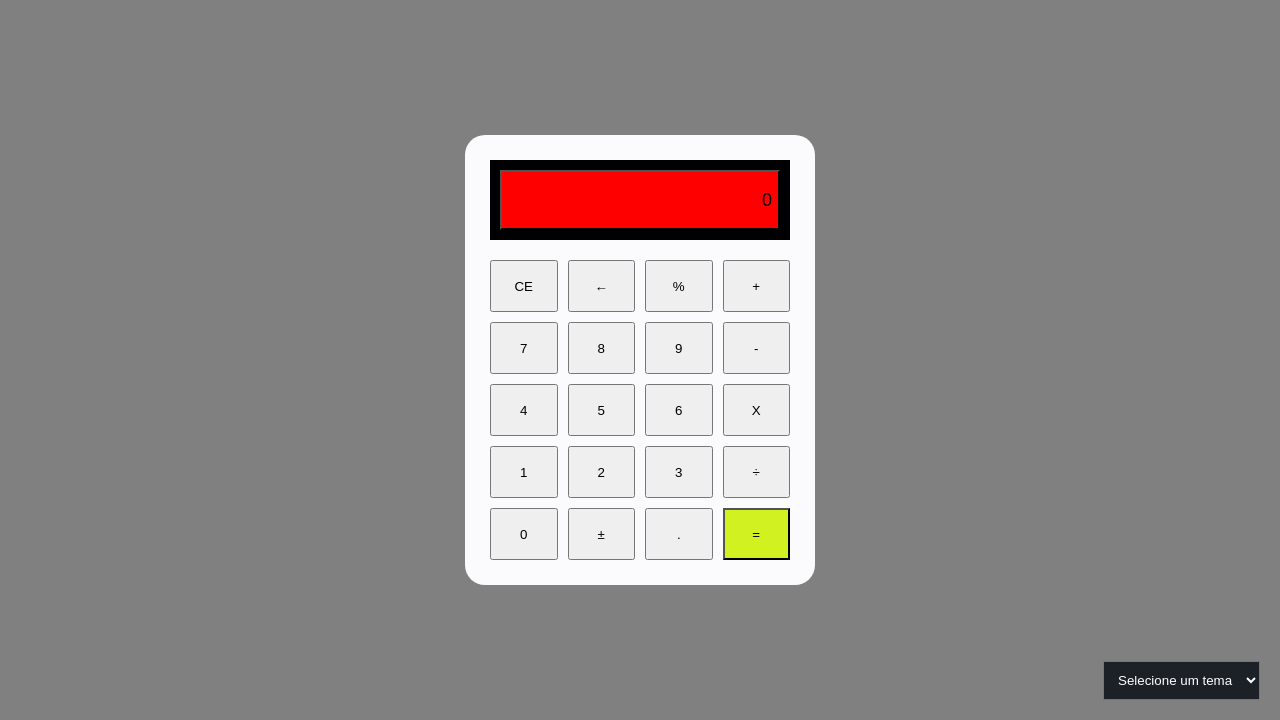
Repository: thislucasme/changing-theme-color-html-css-js
Page: index.html
These files come from the project's save history. The page is drawn as it stood at one moment and after the next save; the edit follows.
The browser window is 1280 px wide. The pictures show the whole page.

Above is the page before, as saved 2022-06-29 16:25:13.

After the next save:
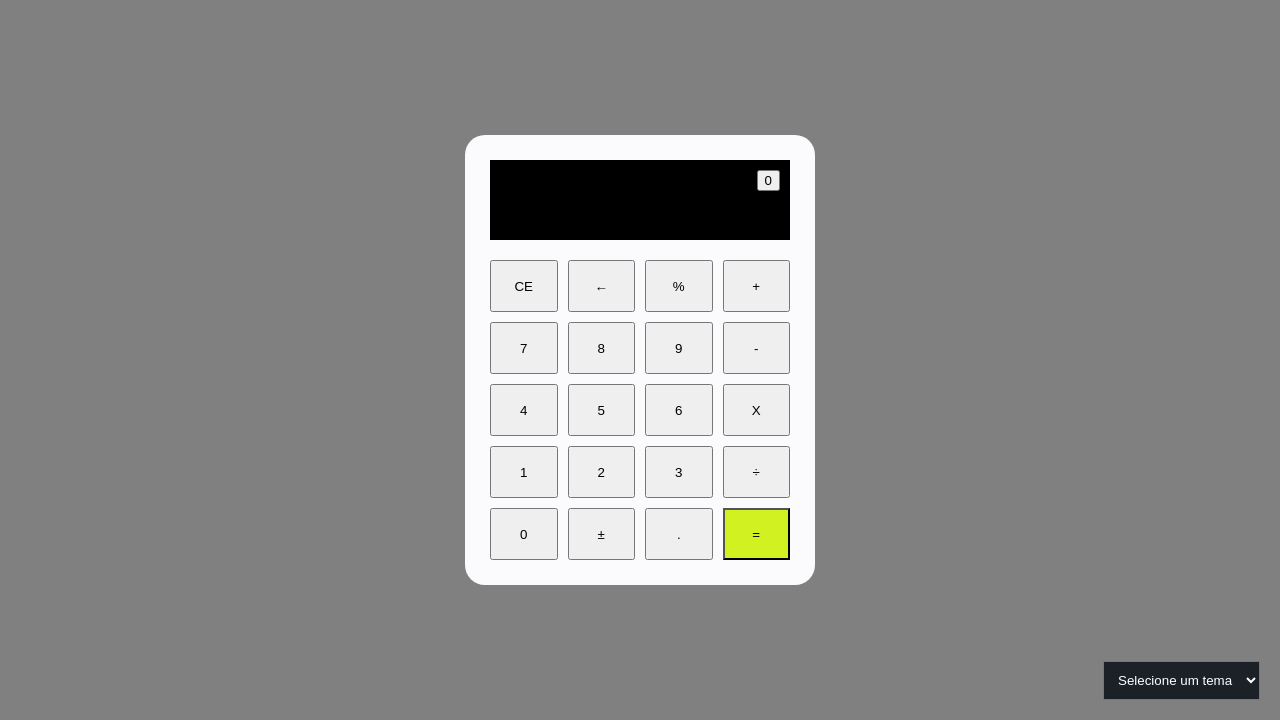
Saved 52 s later.
--- a/index.html
+++ b/index.html
@@ -14,7 +14,7 @@
         <div class="painel" >
             <div class="operacao" ></div>
             <div class="resultado"></div>
-            <button id="resultado" style="background-color: red; height: 60px; width: 100%; text-align:right ; font-size: 18px;" name="resultado">0</button>
+            <button id="resultado"  name="resultado">0</button>
         </div>
 
         <div class="botoes">

After the save that followed:
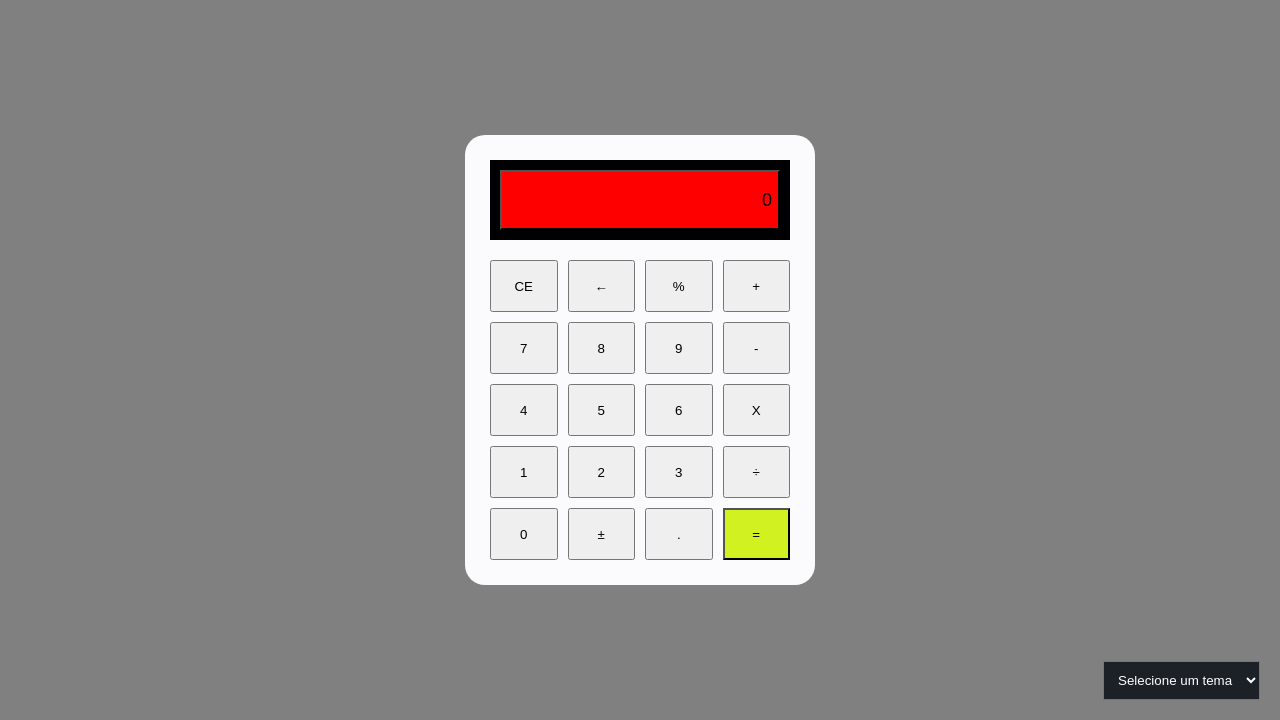
Saved 15 s later.
--- a/css/estilo.css
+++ b/css/estilo.css
@@ -59,6 +59,13 @@ html {
     text-align: right;
 }
 
+#resultado {
+    background-color: red;
+    height: 60px;
+    width: 100%;
+    text-align: right;
+    font-size: 18px;
+}
 
 .botoes {
 
